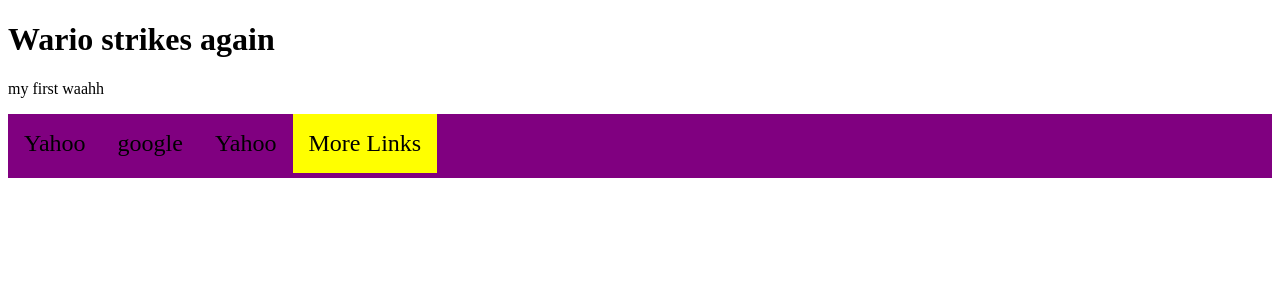
Repository: Dankusmemius/Dankusmemius.github.io
Page: index.html
The author's editor kept a record of every edit. The page is drawn from the files as they stood at one moment, then again after the next edit.
The browser window is 1280 px wide. The pictures show the whole page.
The pointer rests on the first visible `.morelinks`.

Above is the page before.

### index.html
<!DOCTYPE html>
<html>
<head>
<style>
    .navbar {
        background-color: purple;
        width: 100%;
        height: 64px;
    }
    .navbar a, .morelinks {
        Color: black;
        font-size: 24px;
        text-decoration: none;
        padding: 16px;
        float: left;
    }
    .navbar a:hover, .morelinks:hover{
        background-color:yellow;
    }
    .morelinks:hover .dropdown-content{
        display:block;
    }
    .dropdown-content{
       position: absolute;
       z-index: 1;
       display:none;
    }

     .dropdown{
         background-color: blue;
         color: white;
         float: left;
         text-decoration: none;
         font-size: 24px;
     }

     .dropdown-content a{
         float: none;
         display:black;
     }

    </style>
<title>Yes</title>
</head>
<body>
<h1>Wario strikes again</h1>
<p>my first waahh</p>
    <div class="navbar">
      <a href="https://www.yahoo.com/">Yahoo</a>
      <a href="https://www.google.com/">google</a>
      <a href="https://www.yahoo.com/">Yahoo</a>
      <div class="dropdown">
        <div class="morelinks">More Links</div>
        <div class="dropdown-content">
          <a href="https://www.awseducate.com">AWS Educate</a>
          <a href="https://www.collegeboard.org">College Board</a>
        </div>
      </div>
</div>



</body>
</html>

After the next edit:
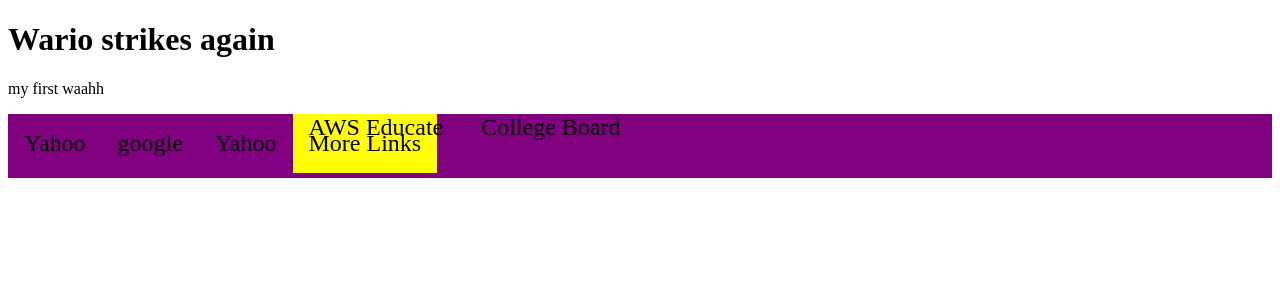
The edit:
--- a/index.html
+++ b/index.html
@@ -17,7 +17,7 @@
     .navbar a:hover, .morelinks:hover{
         background-color:yellow;
     }
-    .morelinks:hover .dropdown-content{
+    .dropdown:hover .dropdown-content{
         display:block;
     }
     .dropdown-content{
